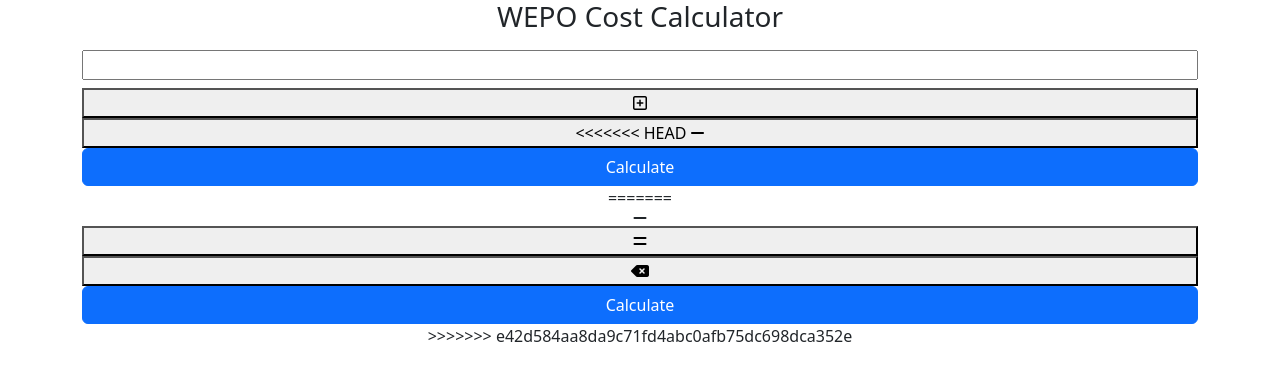
Repository: LeGrandMAG/magCalculator
Page: index.html
The author's editor kept a copy of each file at every save. The page is drawn from the files as they stood at one save, then again after a run of saves.
The browser window is 1280 px wide. The pictures show the whole page.
Some web libraries are served in a nearby version.

Above is the page before, as saved 2022-06-10 16:01:09.

### index.html
<!DOCTYPE html>
<html lang="en">
<head>
    <meta charset="UTF-8">
    <meta http-equiv="X-UA-Compatible" content="IE=edge">
    <meta name="viewport" content="width=device-width, initial-scale=1.0">
    <link href="https://cdn.jsdelivr.net/npm/bootstrap@5.2.0-beta1/dist/css/bootstrap.min.css" rel="stylesheet" integrity="sha384-0evHe/X+R7YkIZDRvuzKMRqM+OrBnVFBL6DOitfPri4tjfHxaWutUpFmBp4vmVor" crossorigin="anonymous">
    <link rel="shortcut icon" href="assets/images/icon.ico"image/x-icon">
    <script src="https://kit.fontawesome.com/cd3abaa76f.js" crossorigin="anonymous"></script>

    <link href="style.css" rel="stylesheet">
    <title>Price Calculator</title>
</head>
<body>
    <div id="answer" class="container row">
        <h3>WEPO Cost Calculator</h3>
        <input id="tt" class="mt-2 mb-2" id="won" type="text">
        <button onclick="add()">
            <i class="fa fa-plus-square-o" aria-hidden="true"></i>
        </button>
        <button onclick="sub()">
<<<<<<< HEAD
            <i class="fa-solid fa-minus"></i>        </button>
        <button onclick="myFunction()" class="btn btn-primary"> Calculate</button>
=======
            <i class="fa-solid fa-minus"></i>
        </button>
        <button onclick="equals()">
            <i class="fa-solid fa-equals"></i>
        </button>
        <button onclick="del()">
            <i class="fa-solid fa-delete-left"></i>
        </button>

        <button onclick="myFunction()" class="btn btn-primary"> Calculate</button>

>>>>>>> e42d584aa8da9c71fd4abc0afb75dc698dca352e
    </div>

    <div id="result" style="width: 80%; margin:auto; text-align: justify;">

    </div>


    <script type="text/javascript" src="app.js"></script>
</body>
</html>

### style.css
body{
    margin:auto;
    align-items: center;
    text-align: center;
}
.container{
    margin:auto;
    display: flex;
    justify-content: center;
    align-items: center;
}

.form-elem{
    margin-top: 10;
    margin-bottom: 10;
}

### app.js


function myFunction(){
        document.getElementById('okay').innerHTML = "doll"

        const love = document.getElementById('won')

        console.log(love)
}

After the next 2 saves:
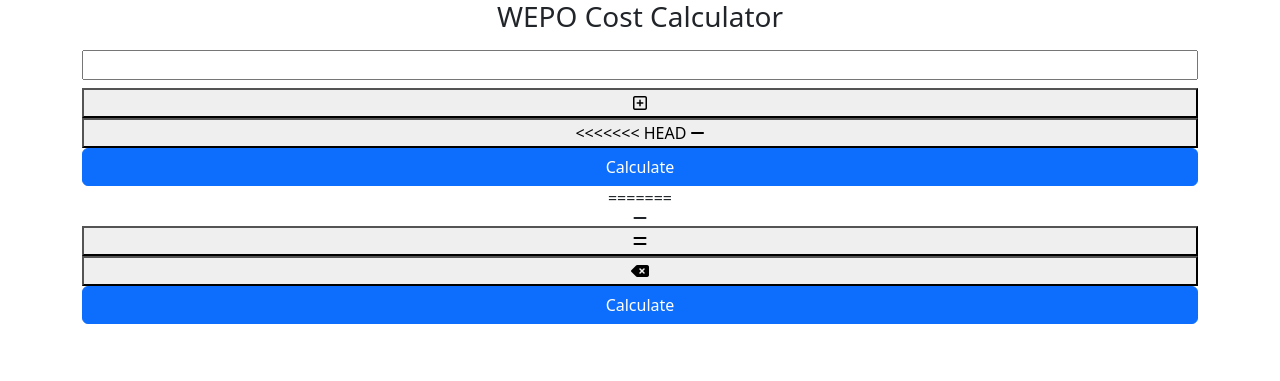
The 2 saves are shown as one change because they came seconds apart.
The last was saved 7 s later.
--- a/index.html
+++ b/index.html
@@ -34,7 +34,7 @@
 
         <button onclick="myFunction()" class="btn btn-primary"> Calculate</button>
 
->>>>>>> e42d584aa8da9c71fd4abc0afb75dc698dca352e
+
     </div>
 
     <div id="result" style="width: 80%; margin:auto; text-align: justify;">
